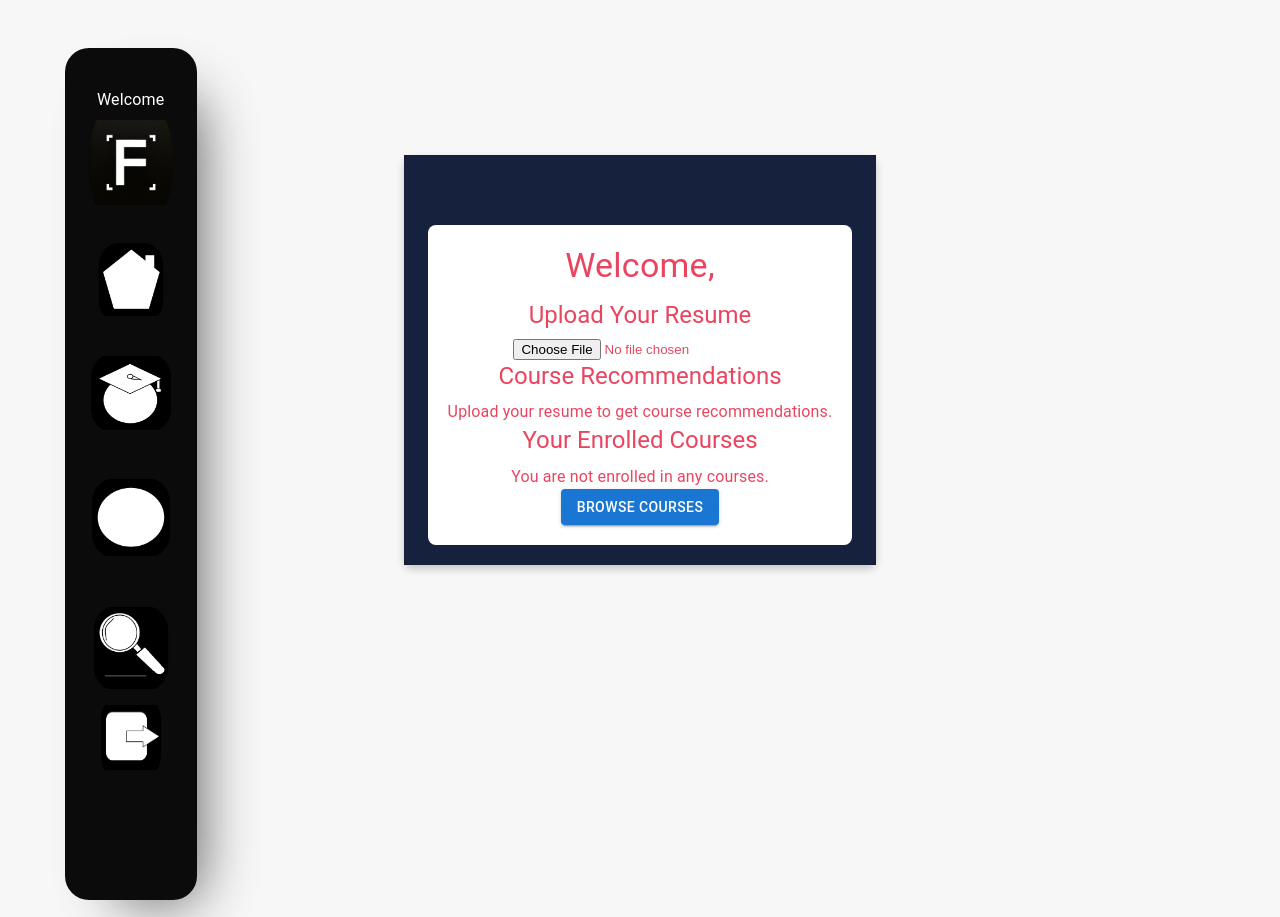
Repository: jvt2/OnlineCourseApp
Page: /dashboard
An editor plug-in stored every save of this project. The page is shown before and after the next save, followed by the edit.
The browser window is 1280 px wide. The pictures show the whole page.
The page's requests for data from a server got no answer. The project was rebuilt for these pictures with package versions that can differ from the ones it lists, and the page was loaded fresh each time. No one was signed in, and anything a server would have sent is missing. Also part of the build but not shown: src/features/auth/Register.js, src/features/auth/Login.js, src/features/courses/ResumeUpload.js, src/features/courses/CourseRecommendations.js, src/components/common/MyModal.js, src/features/courses/CourseCatalog.js, src/features/courses/CourseDetail.js, src/components/common/Navbar.js and 3 more. Imported but missing from the stored project, and not drawn on this page: src/app/reportWebVitals.

Above is the page before, as saved 2024-07-15 11:40:39.

After the next save:
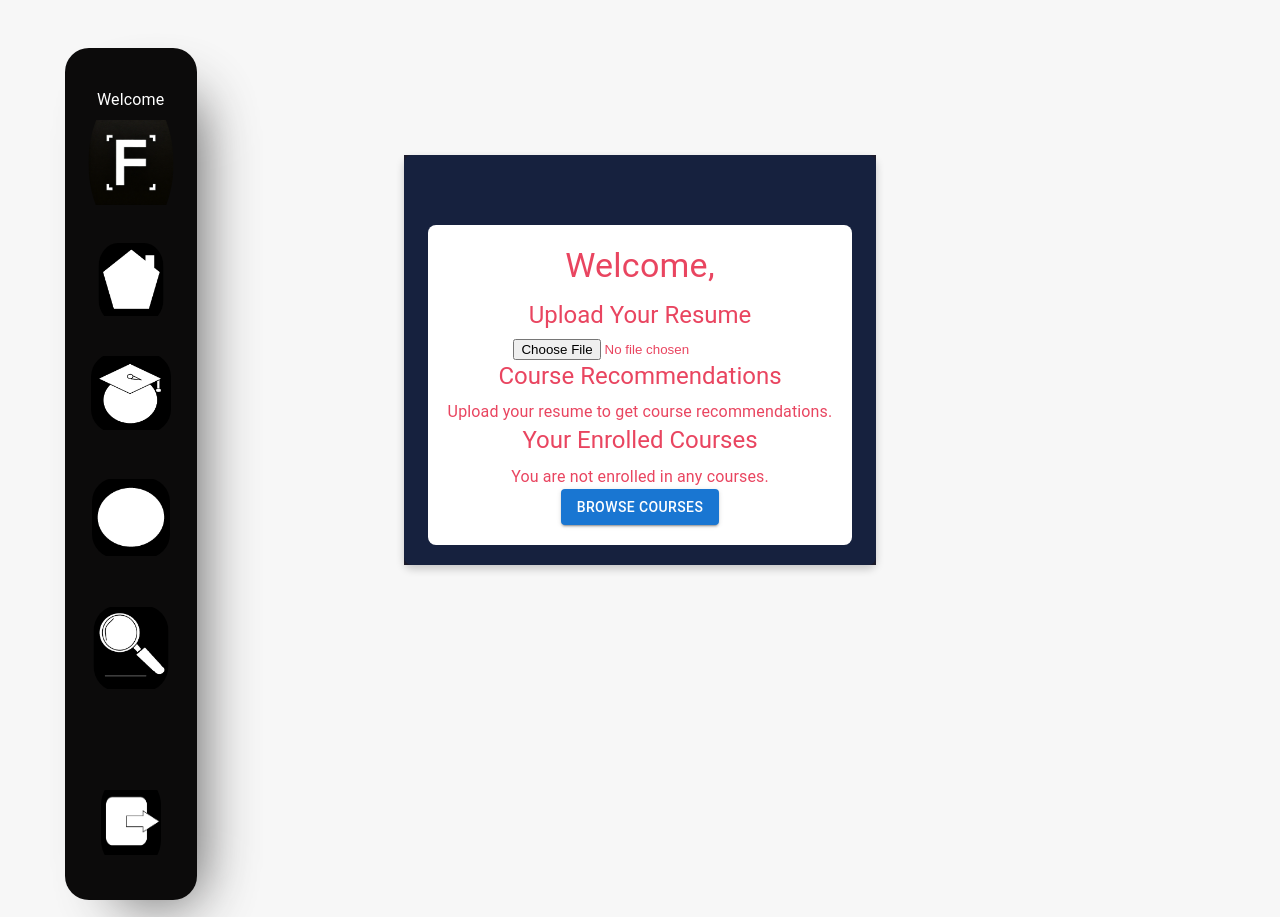
Saved 5 s later.
--- a/src/features/dashboard/Dashboard.css
+++ b/src/features/dashboard/Dashboard.css
@@ -139,7 +139,7 @@
   }
 
   .icon-logout {
-    top: 75.95%;
+    top: 85.95%;
     background-position: center;
     width: 60px;
     height: 85px;
